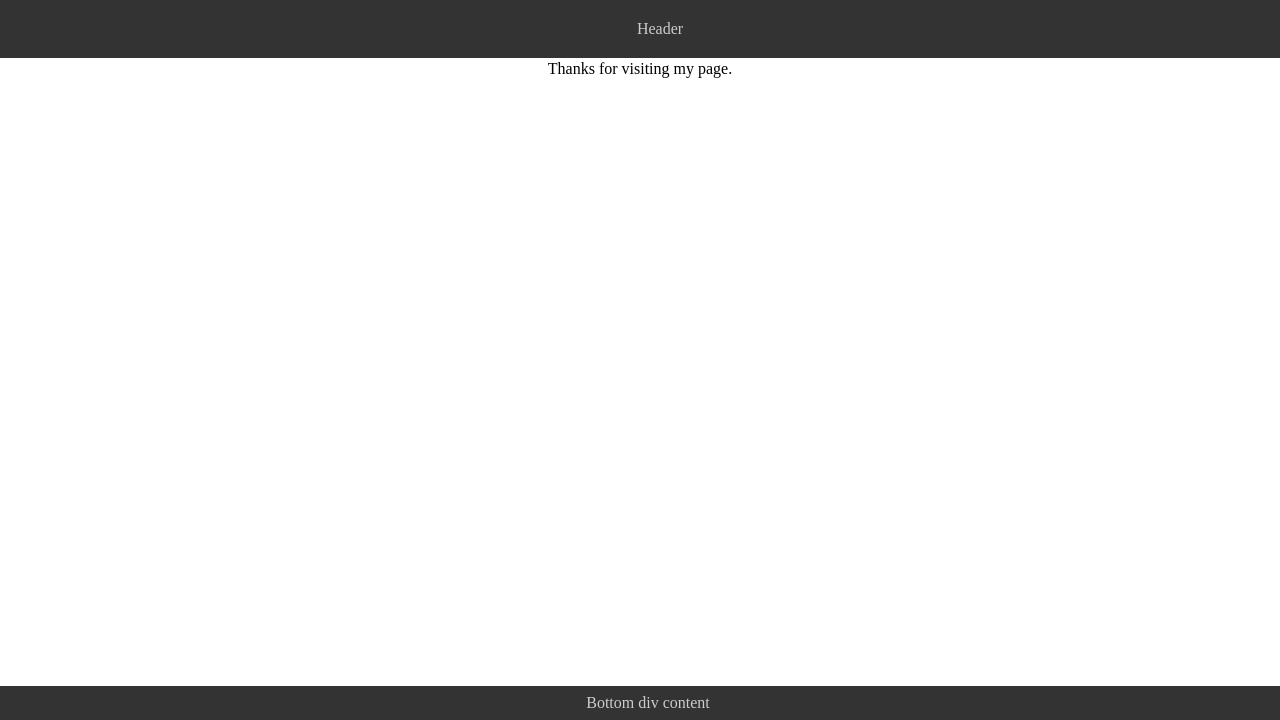
Repository: movitkr/testjava
Page: http://localhost/JavaSP/
An editor plug-in stored every save of this project. The page is shown before and after the next save, followed by the edit.
The browser window is 1280 px wide. The pictures show the whole page.
The page is served by Tomcat 9.

Above is the page before, as saved 2016-02-03 09:33:40.

### JavaSP/WebContent/main.jsp
<%@ page language="java" contentType="text/html; charset=UTF-8"
    pageEncoding="UTF-8"%>
<!DOCTYPE html PUBLIC "-//W3C//DTD HTML 4.01 Transitional//EN" "http://www.w3.org/TR/html4/loose.dtd">
<html>
<head>
<meta http-equiv="Content-Type" content="text/html; charset=UTF-8">
<title>Insert title here</title>
</head>
<body>
<%@ include file="footer.jsp" %>
<center>
<p>Thanks for visiting my page.</p>
</center>
<%@ include file="header.jsp" %>
</body>
</html>

### JavaSP/WebContent/footer.jsp
<%@ page language="java" contentType="text/html; charset=UTF-8"
    pageEncoding="UTF-8"%>
<!DOCTYPE html PUBLIC "-//W3C//DTD HTML 4.01 Transitional//EN" "http://www.w3.org/TR/html4/loose.dtd">
<html>
<style type="text/css">

div#fixedfooter {
	position:fixed;
	bottom:0px;
	left:0px;
	width:100%;
	color:#CCC;
	background:#333;
	padding:8px;
}
</style>
<head>
<meta http-equiv="Content-Type" content="text/html; charset=UTF-8">
<title>Insert title here</title>
</head>
<body>
<br/><br/>
<center>
<p>
<div id="fixedfooter">Bottom div content</div>
</p>
</center>
</body>
</html>

### JavaSP/WebContent/header.jsp
<%@ page language="java" contentType="text/html; charset=UTF-8"
    pageEncoding="UTF-8"%>
<!DOCTYPE html PUBLIC "-//W3C//DTD HTML 4.01 Transitional//EN" "http://www.w3.org/TR/html4/loose.dtd">
<html>
<style type="text/css">
div#fixedheader {
	position:fixed;
	top:0px;
	left:0px;
	width:100%;
	color:#CCC;
	background:#333;
	padding:20px;
}

</style>
<head>
<title>The include Directive Example</title>
</head>
<body>
<center>
<p>
<div id="fixedheader">Header</div>
</p>
</center>
<br/><br/>

After the next save:
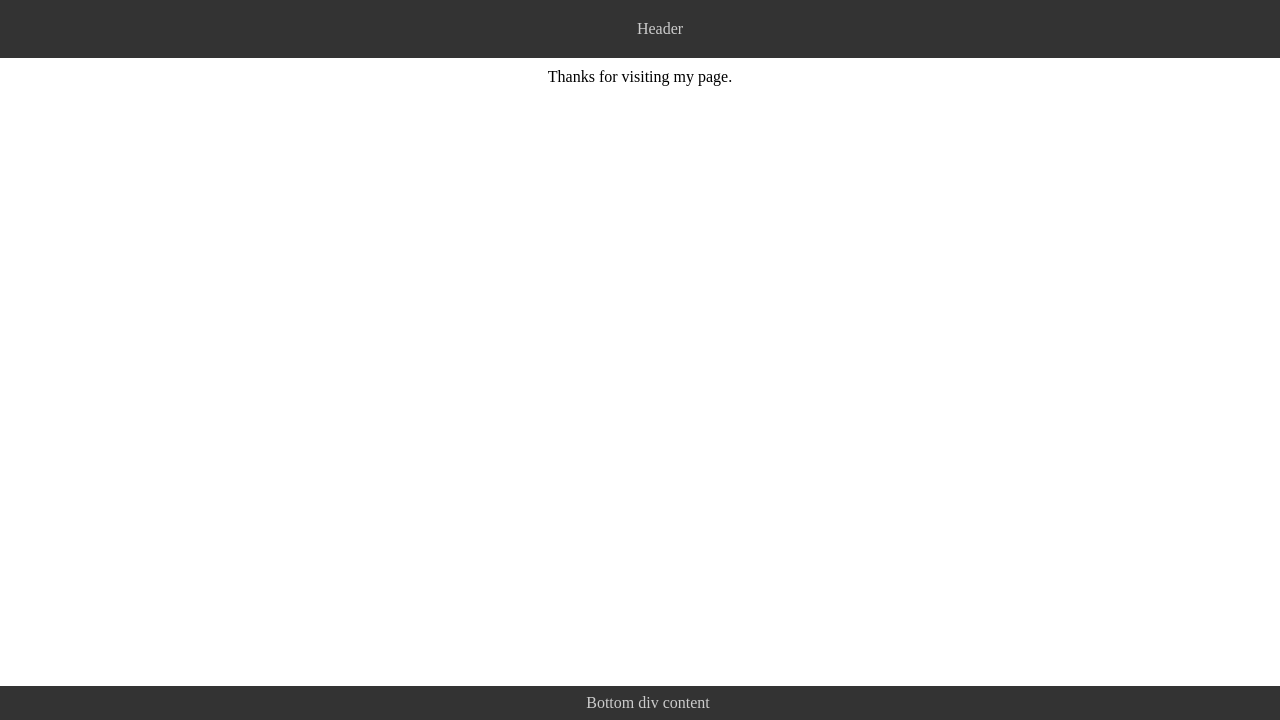
Saved 8 s later.
--- a/JavaSP/WebContent/main.jsp
+++ b/JavaSP/WebContent/main.jsp
@@ -7,10 +7,10 @@
 <title>Insert title here</title>
 </head>
 <body>
-<%@ include file="footer.jsp" %>
+<%@ include file="header.jsp" %>
 <center>
 <p>Thanks for visiting my page.</p>
 </center>
-<%@ include file="header.jsp" %>
+<%@ include file="footer.jsp" %>
 </body>
 </html>
